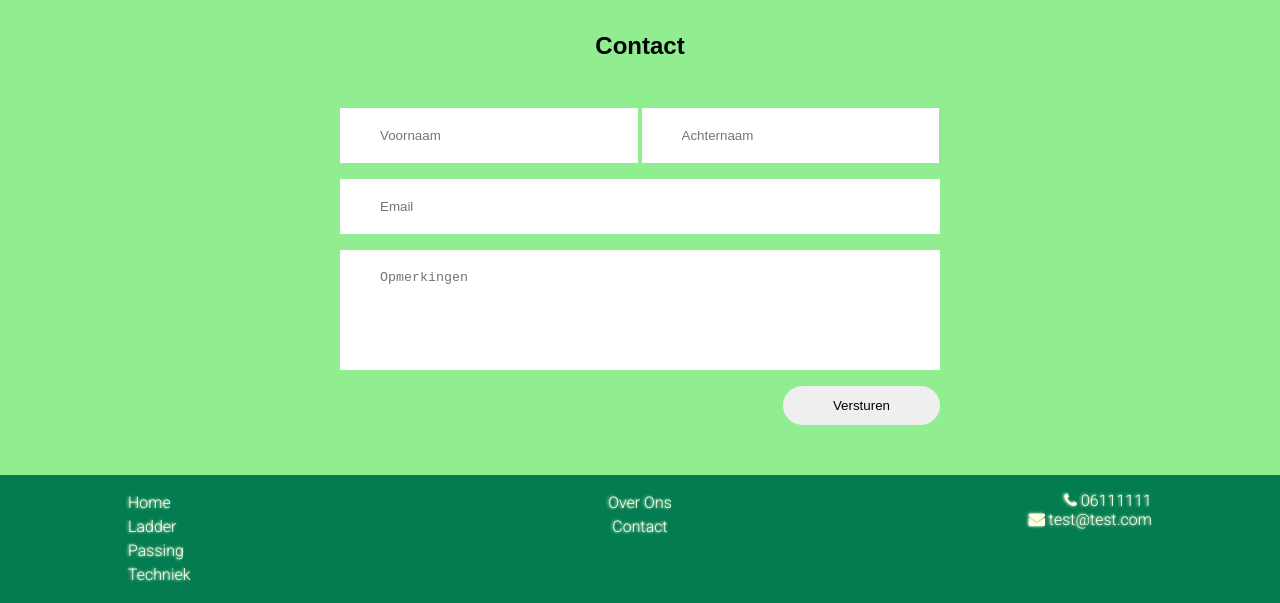
Repository: KelvinOxfoort/Start
Page: contact.html
The author's editor kept a record of every edit. The page is drawn from the files as they stood at one moment, then again after the next edit.
The browser window is 1280 px wide. The pictures show the part of the page from y = 407 to 1010 px (the page is 1010 px tall).
Some web fonts or font styles are not loaded; a fallback is used.

Above is the page before.

### contact.html
<!DOCTYPE html>
<html lang="nl">

<head>
    <meta charset="UTF-8">
    <meta name="viewport" content="width=device-width, initial-scale=1.0">
    <meta http-equiv="X-UA-Compatible" content="ie=edge">
    <link rel="stylesheet" href="style.css">
    <link href="https://fonts.googleapis.com/css2?family=Cantora+One&family=Roboto:ital,wght@0,300;0,700;1,100&display=swap" rel="stylesheet">
    <link rel="stylesheet" href="https://cdnjs.cloudflare.com/ajax/libs/font-awesome/4.7.0/css/font-awesome.min.css">
    <script src="functions.js"></script>
    <title>Voetbal voor beginners</title>
</head>

<body>
    <header id="header">
        <div>
            <a href="index.html"><img class="logo" src="uploads/LOGO.png" alt="logo"></a>
        </div>
        <nav>
            <li><a href="index.html">Home</a></li>
            <li><a href="ladder.html">Ladder</a></li>
            <li><a href="techniek.html">Techniek</a></li>
            <li><a href="passing.html">Passing</a></li>
            <li id="menu">Info</li>
                <ul id="dropdown">
                    <li><a href="contact.html">Contact</a></li>
                    <li><a href="overons.html">Over Ons</a></li>
                </ul>
        </nav>
    </header>
    <main>
        <div class="map">
        <iframe src="https://snazzymaps.com/embed/245392" width="100%" height="100%" style="border:none;"></iframe>
        </div>
        <section class="contact-pagina">
            <h1>Contact</h1>
            <form class="contact-formulier" action="#" ethod="post">
                <input type="text" class="contact-formulier-naam" placeholder="Voornaam">
                <input type="text" class="contact-formulier-naam" placeholder="Achternaam">
                <input type="email" class="contact-formulier-email" placeholder="Email">
                <textarea class="contact-formulier-tekst" placeholder="Opmerkingen"></textarea>
                <input type="submit" class="contact-formulier-knop" value="Versturen" </form>
        </section>
    </main>
    <footer id="footer">
        <div class="footercolumns">
            <ul class="footerpagina">
                <li><a href="index.html">Home</a></li>
                <li><a href="ladder.html">Ladder</a></li>
                <li><a href="passing.html">Passing</a></li>
                <li><a href="techniek.html">Techniek</a></li>
            </ul>
            <ul class="footerinfo">
                <li><a href="overons.html">Over Ons</a></li>
                <li><a href="contact.html">Contact</a></li>
            </ul>
            <ul class="footercontact">
                <li><i class="fa fa-phone"></i> 06111111</a>
                </li>
                <li><i class="fa fa-envelope"></i> test@test.com</a>
                </li>
            </ul>
        </div>
    </footer>
</body>
</html>

### style.css
:root {
    --header-footer-kleur: #037d50;
    --color-text: #ffffdb;
}


body {
    font-family: 'Roboto', sans-serif;
}

body {
    background-color: #90ee90;
    margin: 0;
}

h1,
h2,
h3,
h4 {
    font-family: 'Cantora One', sans-serif;
}

.overzicht {
    text-align: center;
}

li {
    list-style: none;
}

ul {
    padding: 0;
}

main {
    min-height: 75vh;
}

h1 {
    margin: 0;
    padding: 2rem 0rem;
}




header {
    background-color: #037d50;
    display: flex;
    flex-wrap: nowrap;
}

header li, header a {
    text-decoration: none;
    color: unset;
    line-height: 1.5;
    padding: 10px;
}

header li:hover {
    transition: ease-in-out 0.3s all;
    color: #037d50;
    background: #90ee90;
    cursor: pointer;

}

header li {
    color: var(--color-text);
    text-shadow: -1px 0px 3px white;
}

nav li {
    list-style: none;
    line-height: 5;
}

nav {
    display: flex;
    flex-wrap: nowrap;
    flex-basis: 30%;
    margin-left: 30%;

}

nav ul {
    display: flex;
    flex-wrap: nowrap;
    justify-content: space-between;
    widht: 100%;
    line-height: 6.5;
    position: relative;
}

#dropdown {
    display: none;
    position: absolute;
    width: 40%;
    background: #037d50;
    top: calc( 100% - 1px );
    right: -28.4%;
    margin: 0;
}

#dropdown.active {
    display: block;
}

#dropdown li{
    line-height: 3;
}

.logo {
    width: 250px;
    margin-left: 50%;
}


footer {
    background-color: var(--header-footer-kleur);
}

.footercolumns {
    display: flex;
    flex-wrap: nowrap;
    justify-content: space-between;
}

.footercolumns li {
    list-style: none;
}

footer a {
    text-decoration: none;
    color: unset;
    line-height: 1.5;
}

footer li{
    color: #ffffdb;
    text-shadow: -1px 0px 3px white;
}

footer a:hover {
    transition: ease-in-out 0.3s all;
    color: #90ee90;
}

footer ul {
    width: 28%;
}

.footerinfo {
    text-align: center;
}

.footercontact {
    text-align: right;
}

.container {
    padding-top: 10%;
}


.banner {
    background-image: url(https://cdn.pixabay.com/photo/2014/10/14/20/24/the-ball-488718_1280.jpg);
    width: 100%;
    background-repeat: no-repeat;
    height: 80vh;
    background-size: cover;
}

.banner-content {
    color: #000;
    width: 55%;
    padding: 50px 0 50px 50px;
    font-size: 18px;
    font-weight: bold;
    border: solid 3px #037d50;
    background-color: #ffffff6e;
}

.quote {
    display: flex;
    flex-wrap: nowrap;
    justify-content: space-between;
}

.quote blockquote {
    margin: 0;
    margin-bottom: 40px;
}


section h1 {
    text-align: center;
}




.contact-pagina h1 {
    text-align: center;
}

.contact-formulier {
    max-width: 600px;
    margin: auto;
    padding: 0 10px;
    overflow: hidden;
}

.contact-formulier-naam {
    display: initial;
    width: 49.6%;
    box-sizing: border-box;
    margin: 16px 0 0 0;
    border: 0;
    padding: 20px 40px;
    outline: none;
}

.contact-formulier-naam:focus {
    box-shadow: 0 0 10px 4px #037d50;
}

.contact-formulier-email {
    display: block;
    width: 100%;
    box-sizing: border-box;
    margin: 16px 0;
    border: 0;
    padding: 20px 40px;
    outline: none;
}

.contact-formulier-email:focus {
    box-shadow: 0 0 10px 4px #037d50;
}

.contact-formulier-tekst {
    display: block;
    width: 100%;
    box-sizing: border-box;
    margin: 16px 0;
    border: 0;
    padding: 20px 40px;
    outline: none;
}

.contact-formulier-tekst:focus {
    box-shadow: 0 0 10px 4px #037d50;
}

textarea.contact-formulier-tekst {
    resize: none;
    height: 120px;
}

.contact-formulier-knop {
    float: right;
    margin-bottom: 50px;
    border: 0;
    padding: 12px 50px;
    border-radius: 20px;
    cursor: pointer;
    transition: 0.5s;
}

.contact-formulier-knop:hover {
    background: #e0e0e0;
}

section,
hr,
.footercolumns {
    margin: 0 10%;
}

.mediasection ul {
    display: flex;
    flex-wrap: nowrap;
    justify-content: space-between;
    margin-top: 20px;
    margin-bottom: 20px;
}

iframe {
    width: 100%;
    height: 100%;
    border: none;
}


video {
    width: 100%;
    height: 100%;
}

.fotovids1 {
    background-image: url(./uploads/voetballende_kinderen.png);
    background-size: cover;
    background-repeat: no-repeat;
    background-position-y: 35%;
}

.fotovids2 {
    background-size: cover;
    background-repeat: no-repeat;
    background-position-y: 35%;
}

.fotovids3,
.fotovids4 {
    background-color: black;
}


.fotovids5 {
    background-image: url(https://cdn.pixabay.com/photo/2016/06/29/09/28/football-1486353_960_720.jpg);
    background-size: cover;
    background-repeat: no-repeat;
    background-position-y: 75%;
}

.mediasection ul li {
    width: 19%;
}

.plaatjesection ul {
    display: flex;
    flex-wrap: nowrap;
    justify-content: space-between;
    margin-top: 40px;
    margin-bottom: 40px;
}

.plaatjesection ul li {
    width: 28%;
    background-color: #d0fad0;
    box-shadow: 1px 1px 9px 0px black;
}

.plaatjesection div {
    margin-left: 20px;
    margin-right: 20px;
}

.plaatje {
    background: url(https://media.defense.gov/2013/Sep/09/2000710340/-1/-1/0/130829-D-RT812-259.JPG) no-repeat;
    background-size: cover;
    background-position-y: 98%;
    height: 190px;
    margin-top: 20px;
    margin-bottom: 5px;
}

.tweede {
    background: url(https://encrypted-tbn0.gstatic.com/images?q=tbn%3AANd9GcQGQujdtUYY6ZvVAVyYnViHFfmqRA8QfeRchdvbMtoRneMGzXFF&usqp=CAU) no-repeat;
    background-size: cover;
}

.derde {
    background: url(https://encrypted-tbn0.gstatic.com/images?q=tbn%3AANd9GcRbiFGD33UEuO2sUuPWsS63qn6kfET_udMECwd8WcEFtynlFjDH&usqp=CAU) no-repeat;
    background-size: cover;
    background-position-y: 11%;
}

.textarea p {
    margin-top: 15px;
    margin-bottom: 25px;
}

.paginaplaatje {
    height: 130px;
    width: 280px;
    margin-top: 20px;
    margin-bottom: 5px;
}

.map {
    height: 300px;
}

.goed-gedaan {
    margin-bottom: 50px;
}


table {
    text-align: left;
    margin-left: auto;
    margin-right: auto;
    border-spacing: 0;
}

table, th, td {
    border: solid 1px black;
}

th, td {
    padding: 5px;
}

 table {
        margin-bottom: 60px;
    }

    .ontzichtbaar {
        border: solid 1px #90ee90;
    }


@media (max-width: 1023px) {

    .logo {
        margin-left: 10%;
    }

    nav {
        margin-left: 10%;
    }

    .banner {
        background-position-x: 56%;
    }

    .container {
        padding-top: 60%;
    }
    .plaatjesection ul {
        flex-wrap: wrap;
    }
    .plaatjesection ul li {
        width: 100%;
        margin-bottom: 50px;
    }

    .plaatjebox div {
        display: inline-block;
        width: 40%;
        vertical-align: middle;
    }

    .tweede {
        float: right;
        margin-top: 5%;
    }

    .mediasection ul {
        flex-wrap: wrap;
    }
    .mediasection ul li {
        flex-basis: 30%;
    }
    .fotovids4,
    .fotovids5 {
        flex-basis: 48% !important;
        margin-top: 30px;
    }

    .map {
        height: 314px;
    }

    #dropdown {
       right: -1.0%;
    }

    .overonstekst {
    margin-bottom: 60px;
    }

    table {
        margin-bottom: 226px;
    }

    .ontzichtbaar {
        border: solid 1px #90ee90;
    }


}

@media (max-width: 767px) {

    header {
        flex-wrap: wrap;
    }

    .logo {
        margin-left: 17%;
    }

    nav {
        flex-wrap: wrap;
        flex-basis: 100%;
        line-height: 2.5;
        margin-left: 0%;
    }

    .banner-content {
        padding: 50px;
    }

    .banner {
        background-position-x: 90%;
    }

    .quote {
        flex-wrap: wrap;
    }

    .mediasection ul {
        flex-wrap: wrap;
    }

    .mediasection ul li {
        flex-basis: 30%;
    }

    .plaatjebox div {
        width: 86%;
    }

    .contact-formulier-naam {
        width: 100%
    }

    .footercolumns {
        flex-wrap: wrap;
    }

    footer ul {
        width: 45%;
    }

    footer ul {
        width: 100%;
    }

    footer ul li {
        text-align: center;
    }


    .mediasection ul li {
        flex-basis: 100% !important;
        margin: 20px 0;
        min-height: 172px;
    }

    nav > li {
        flex-basis: 10%;
    }

    #dropdown {
        width: 35%;
        right: 0;
        text-align: right;
    }

    table {
    margin-bottom: 90px;
    }
}

### functions.js
//         <div id="map"></div>

//         <script>
//             function initmap() {
//                 var location = {lat: -25.363, lng: 131.044};
//                 var map = new google.maps.Map(document.getElementById("map"), {
//                     zoom: 4,
//                     center: location
//                 });
//                 var marker = new google.maps.Marker({
//                     position: location,
//                     map: map
//                 })
//                 }

//         </script>

//           <script async defer src="https://maps.googleapis.com/maps/api/js?key=AIzaSyC7btDHor-Ms7kRZcJnf92KTW2o_lgjLSs&callback=initMap"
//   type="text/javascript"></script>








window.onload=function(){

document.getElementById("menu").addEventListener("click",openMenu);

function openMenu(){
    document.getElementById("dropdown").classList.toggle("active")
};

};

After the next edit:
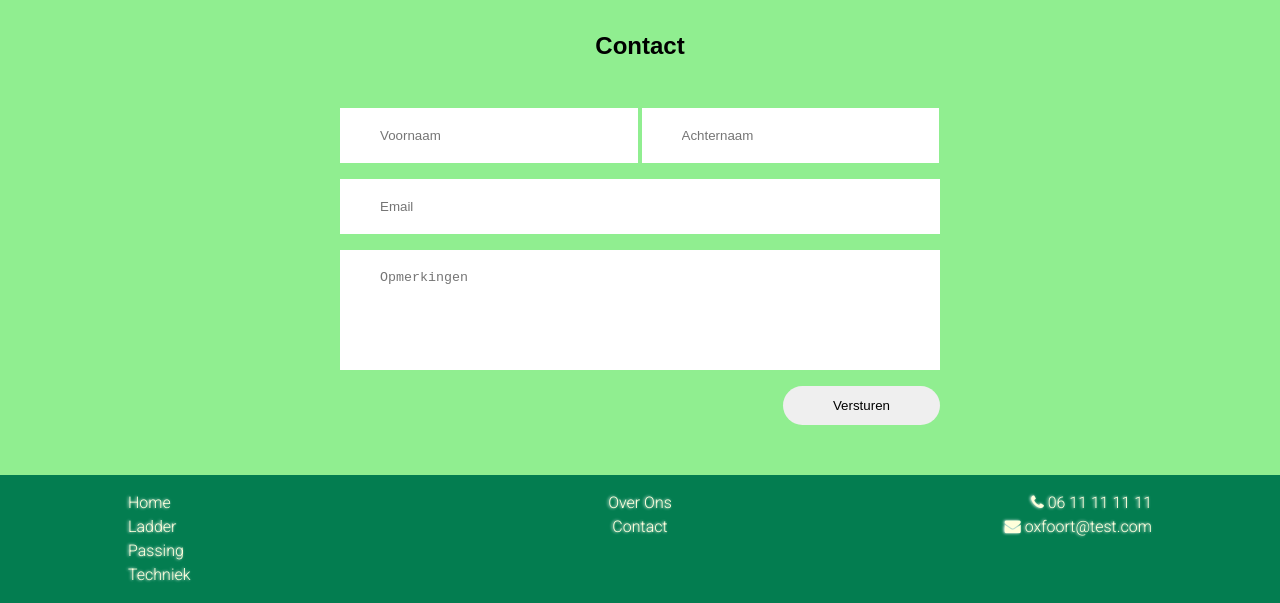
The edit:
--- a/contact.html
+++ b/contact.html
@@ -56,9 +56,9 @@
                 <li><a href="contact.html">Contact</a></li>
             </ul>
             <ul class="footercontact">
-                <li><i class="fa fa-phone"></i> 06111111</a>
+                <li><i class="fa fa-phone"></i> <a href="tel:0611111111">06 11 11 11 11</a></a>
                 </li>
-                <li><i class="fa fa-envelope"></i> test@test.com</a>
+                <li><i class="fa fa-envelope"></i> <a href="mailto:oxfoort@test.com">oxfoort@test.com</a>
                 </li>
             </ul>
         </div>
